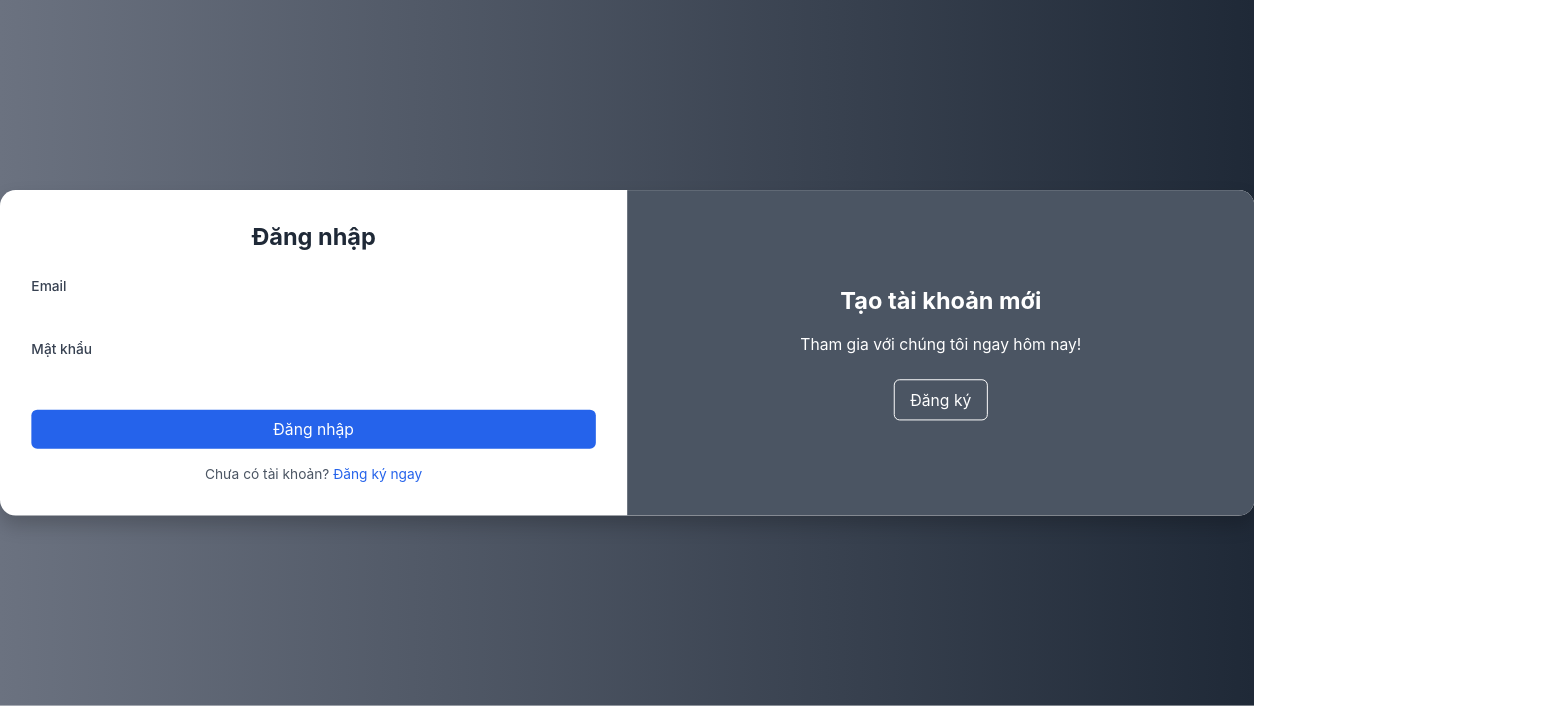
Repository: Khank2104/Khank
Page: http://localhost/authenticate/
The author's editor kept a copy of each file at every save. The page is drawn from the files as they stood at one save, then again after the next save.
The browser window is 1280 px wide. The page is 1280 px wide, then 1600 px, then 1280 px, so the pictures cover 1600 px, including what lies to the right of the window. The pictures show the whole page, at 98% of full size.
Some web libraries are served in a nearby version. The page is served by the project's application, run on Django 5.2 (manage.py).

Above is the page before, as saved 2025-05-16 12:00:49.

After the next save:
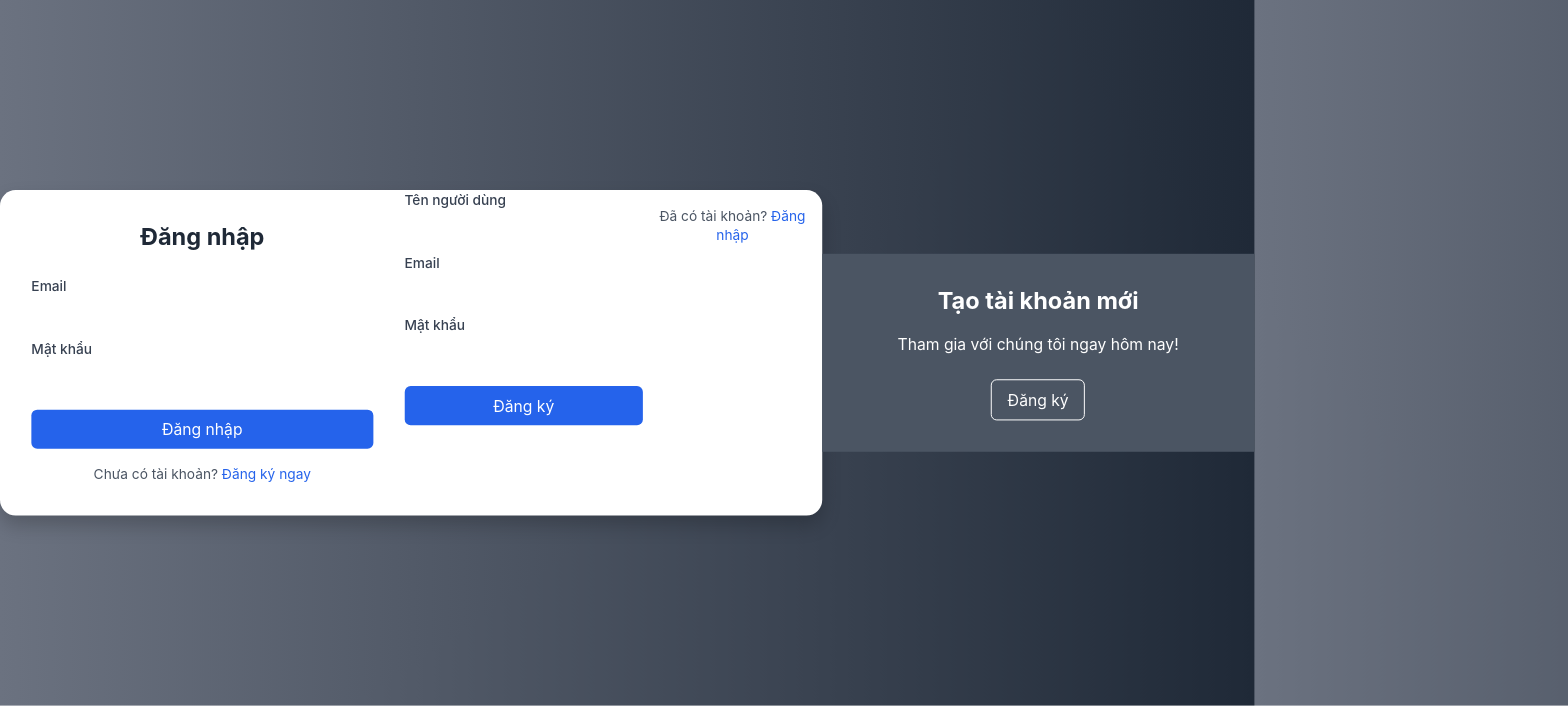
Saved 35 s later.
--- a/main/templates/main/authenticate.html
+++ b/main/templates/main/authenticate.html
@@ -133,48 +133,36 @@
       </p>
     </div>
 
-    <!-- Form Đăng ký -->
-    <div id="signup-form" class="form-container form-hidden">
-      <h2 class="text-2xl font-bold text-center text-gray-800 mb-6">Đăng ký</h2>
-      <form method="POST" action="{% url 'signup' %}">
-        {% csrf_token %}
-        <div class="mb-4">
-          <label for="signup-username" class="block text-sm font-medium text-gray-700">Tên người dùng</label>
-          <input
-            type="text"
-            id="signup-username"
-            name="username"
-            class="input-field mt-1 block w-full px-3 py-2 border border-gray-300 rounded-md shadow-sm focus:outline-none focus:ring-2 focus:ring-blue-500"
-            required
-          />
+    <form method="POST" action="{% url 'signup' %}">
+      {% csrf_token %}
+
+      {% if signup_form.errors %}
+        <div class="bg-red-100 border border-red-300 text-red-700 text-sm p-3 rounded mb-4">
+          {% for field in signup_form %}
+            {% for error in field.errors %}
+              <p>{{ error }}</p>
+            {% endfor %}
+          {% endfor %}
         </div>
-        <div class="mb-4">
-          <label for="signup-email" class="block text-sm font-medium text-gray-700">Email</label>
-          <input
-            type="email"
-            id="signup-email"
-            name="email"
-            class="input-field mt-1 block w-full px-3 py-2 border border-gray-300 rounded-md shadow-sm focus:outline-none focus:ring-2 focus:ring-blue-500"
-            required
-          />
-        </div>
-        <div class="mb-6">
-          <label for="signup-password" class="block text-sm font-medium text-gray-700">Mật khẩu</label>
-          <input
-            type="password"
-            id="signup-password"
-            name="password"
-            class="input-field mt-1 block w-full px-3 py-2 border border-gray-300 rounded-md shadow-sm focus:outline-none focus:ring-2 focus:ring-blue-500"
-            required
-          />
-        </div>
-        <button
-          type="submit"
-          class="w-full bg-blue-600 text-white py-2 px-4 rounded-md hover:bg-blue-700 transition duration-300"
-        >
-          Đăng ký
-        </button>
-      </form>
+      {% endif %}
+
+      <div class="mb-4">
+        <label for="signup-username" class="block text-sm font-medium text-gray-700">Tên người dùng</label>
+        <input type="text" name="username" id="signup-username" class="input-field mt-1 block w-full" required>
+      </div>
+      <div class="mb-4">
+        <label for="signup-email" class="block text-sm font-medium text-gray-700">Email</label>
+        <input type="email" name="email" id="signup-email" class="input-field mt-1 block w-full" required>
+      </div>
+      <div class="mb-6">
+        <label for="signup-password" class="block text-sm font-medium text-gray-700">Mật khẩu</label>
+        <input type="password" name="password" id="signup-password" class="input-field mt-1 block w-full" required>
+      </div>
+      <button type="submit" class="w-full bg-blue-600 text-white py-2 px-4 rounded-md hover:bg-blue-700 transition">
+        Đăng ký
+      </button>
+    </form>
+
       <p class="mt-4 text-center text-sm text-gray-600">
         Đã có tài khoản?
         <a href="#" onclick="toggleForm()" class="text-blue-600 hover:underline">Đăng nhập</a>

After the save that followed:
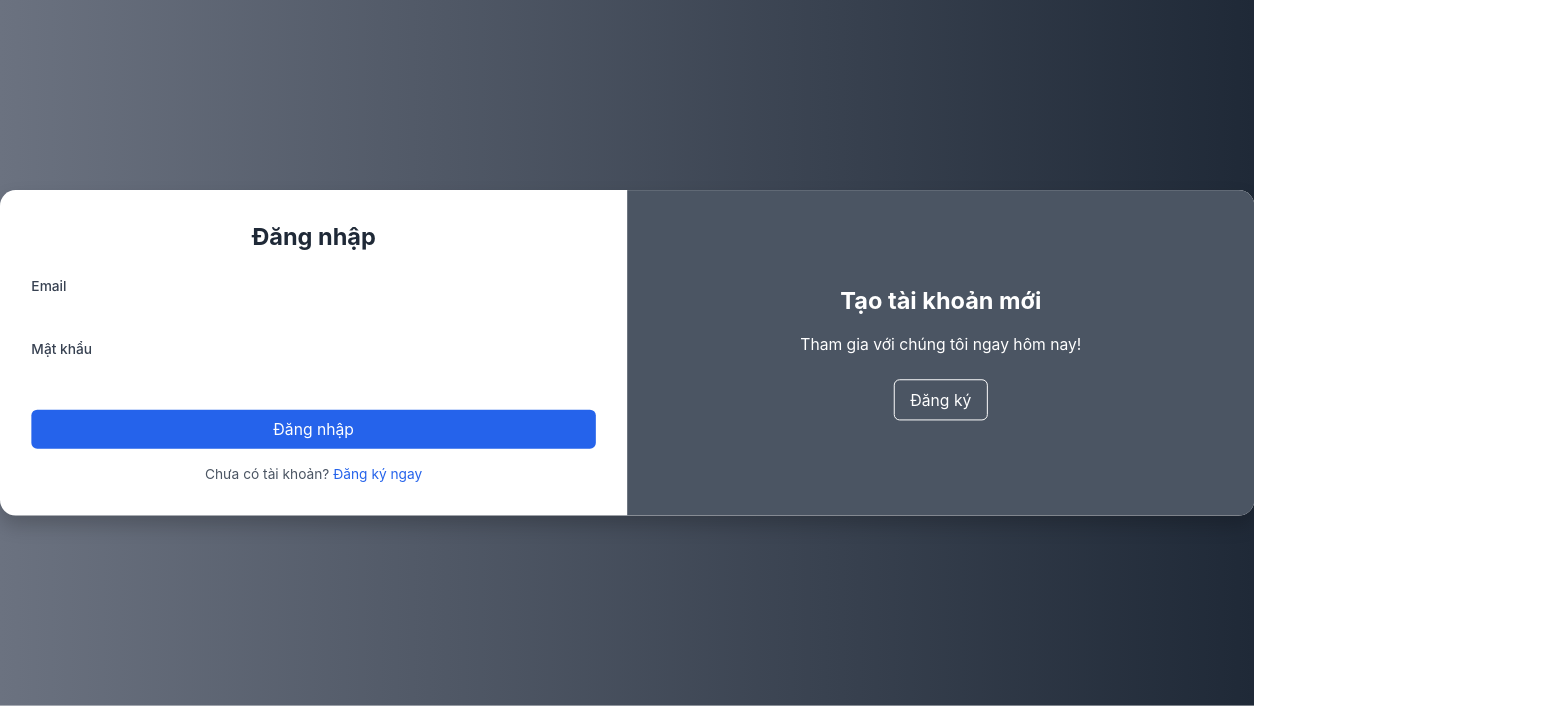
Saved 35 s later.
--- a/main/templates/main/authenticate.html
+++ b/main/templates/main/authenticate.html
@@ -133,36 +133,48 @@
       </p>
     </div>
 
-    <form method="POST" action="{% url 'signup' %}">
-      {% csrf_token %}
-
-      {% if signup_form.errors %}
-        <div class="bg-red-100 border border-red-300 text-red-700 text-sm p-3 rounded mb-4">
-          {% for field in signup_form %}
-            {% for error in field.errors %}
-              <p>{{ error }}</p>
-            {% endfor %}
-          {% endfor %}
-        </div>
-      {% endif %}
-
-      <div class="mb-4">
-        <label for="signup-username" class="block text-sm font-medium text-gray-700">Tên người dùng</label>
-        <input type="text" name="username" id="signup-username" class="input-field mt-1 block w-full" required>
-      </div>
-      <div class="mb-4">
-        <label for="signup-email" class="block text-sm font-medium text-gray-700">Email</label>
-        <input type="email" name="email" id="signup-email" class="input-field mt-1 block w-full" required>
-      </div>
-      <div class="mb-6">
-        <label for="signup-password" class="block text-sm font-medium text-gray-700">Mật khẩu</label>
-        <input type="password" name="password" id="signup-password" class="input-field mt-1 block w-full" required>
-      </div>
-      <button type="submit" class="w-full bg-blue-600 text-white py-2 px-4 rounded-md hover:bg-blue-700 transition">
-        Đăng ký
-      </button>
-    </form>
-
+    <!-- Form Đăng ký -->
+    <div id="signup-form" class="form-container form-hidden">
+      <h2 class="text-2xl font-bold text-center text-gray-800 mb-6">Đăng ký</h2>
+      <form method="POST" action="{% url 'signup' %}">
+        {% csrf_token %}
+        <div class="mb-4">
+          <label for="signup-username" class="block text-sm font-medium text-gray-700">Tên người dùng</label>
+          <input
+            type="text"
+            id="signup-username"
+            name="username"
+            class="input-field mt-1 block w-full px-3 py-2 border border-gray-300 rounded-md shadow-sm focus:outline-none focus:ring-2 focus:ring-blue-500"
+            required
+          />
+        </div>
+        <div class="mb-4">
+          <label for="signup-email" class="block text-sm font-medium text-gray-700">Email</label>
+          <input
+            type="email"
+            id="signup-email"
+            name="email"
+            class="input-field mt-1 block w-full px-3 py-2 border border-gray-300 rounded-md shadow-sm focus:outline-none focus:ring-2 focus:ring-blue-500"
+            required
+          />
+        </div>
+        <div class="mb-6">
+          <label for="signup-password" class="block text-sm font-medium text-gray-700">Mật khẩu</label>
+          <input
+            type="password"
+            id="signup-password"
+            name="password"
+            class="input-field mt-1 block w-full px-3 py-2 border border-gray-300 rounded-md shadow-sm focus:outline-none focus:ring-2 focus:ring-blue-500"
+            required
+          />
+        </div>
+        <button
+          type="submit"
+          class="w-full bg-blue-600 text-white py-2 px-4 rounded-md hover:bg-blue-700 transition duration-300"
+        >
+          Đăng ký
+        </button>
+      </form>
       <p class="mt-4 text-center text-sm text-gray-600">
         Đã có tài khoản?
         <a href="#" onclick="toggleForm()" class="text-blue-600 hover:underline">Đăng nhập</a>
